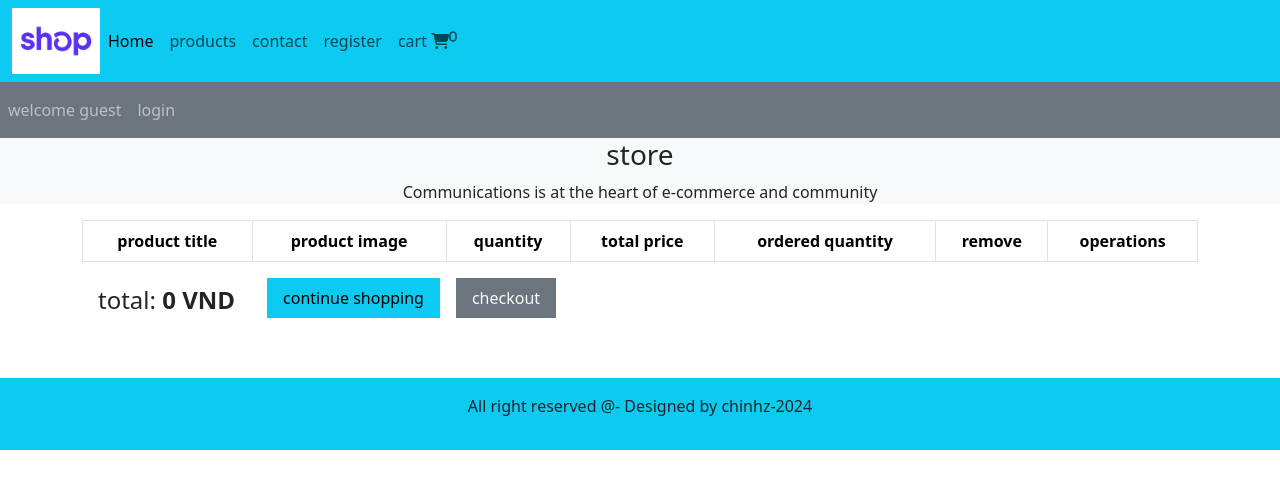
Repository: hahuuchinh2501/ecommerce_web
Page: http://localhost/cart.php
The author's editor kept a copy of each file at every save. The page is drawn from the files as they stood at one save, then again after the next save.
The browser window is 1280 px wide. The pictures show the whole page.
The page is run by PHP 8.4 with error messages shown; the project is at /var/www/html/. Queries for data that is not in the repository find no rows.

Above is the page before, as saved 2025-02-08 17:07:53.

### cart.php
<?php
include('includes/connect.php');
include('functions/common_function.php');
?>



<!DOCTYPE html>
<html lang="en">

<head>
    <meta charset="UTF-8">
    <meta name="viewport" content="width=device-width, initial-scale=1.0">
    <title>website-cart details</title>
    <link href="https://cdn.jsdelivr.net/npm/bootstrap@5.3.3/dist/css/bootstrap.min.css" rel="stylesheet"
        integrity="sha384-QWTKZyjpPEjISv5WaRU9OFeRpok6YctnYmDr5pNlyT2bRjXh0JMhjY6hW+ALEwIH" crossorigin="anonymous">
    <link rel="stylesheet" href="https://cdnjs.cloudflare.com/ajax/libs/font-awesome/6.5.2/css/all.min.css"
        integrity="sha512-SnH5WK+bZxgPHs44uWIX+LLJAJ9/2PkPKZ5QiAj6Ta86w+fsb2TkcmfRyVX3pBnMFcV7oQPJkl9QevSCWr3W6A=="
        crossorigin="anonymous" referrerpolicy="no-referrer" />
    <link rel="stylesheet" href="style.css">

</head>
<style>
    .cart_img {
        width: 50px;
        height: 50px;
        object-fit: contain;
    }
</style>

<body>
    <!-- navbar -->
    <div class="container-fluid p-0">
        <nav class="navbar navbar-expand-lg bg-info">
            <div class="container-fluid">
                <img src="./images/shop.jpg" alt="" class="logo">
                <button class="navbar-toggler" type="button" data-bs-toggle="collapse"
                    data-bs-target="#navbarSupportedContent" aria-controls="navbarSupportedContent"
                    aria-expanded="false" aria-label="Toggle navigation">
                    <span class="navbar-toggler-icon"></span>
                </button>
                <div class="collapse navbar-collapse" id="navbarSupportedContent">
                    <ul class="navbar-nav me-auto mb-2 mb-lg-0">
                        <li class="nav-item">
                            <a class="nav-link active" aria-current="page" href="index.php">Home</a>
                        </li>
                        <li class="nav-item">
                            <a class="nav-link" href="display_all.php">products</a>
                        </li>
                        <li class="nav-item">
                            <a class="nav-link" href="#">contact</a>
                        </li>
                        <li class="nav-item">
                            <a class="nav-link" href="#">register</a>
                        </li>
                        <li class="nav-item">
                            <a class="nav-link" href="cart.php">cart <i
                                    class="fa-solid fa-cart-shopping"><sup><?php cart_item(); ?></sup></i></a>
                        </li>

                    </ul>

                </div>
            </div>
        </nav>

        <!-- call function cart -->
        <?php
        cart();
        ?>

        <nav class="navbar navbar-expand-lg navbar-dark bg-secondary">
            <ul class="navbar-nav me-auto">
                <li class="nav-item">
                    <a class="nav-link" href="#">welcome guest</a>
                </li>
                <li class="nav-item">
                    <a class="nav-link" href="#">login</a>
                </li>
            </ul>
        </nav>
        <div class="bg-light">
            <h3 class="text-center">store</h3>
            <p class="text-center">Communications is at the heart of e-commerce and community</p>
        </div>



        <div class="container">
            <div class="row">
                <form action="" method="post">
                    <table class="table table-bordered text-center">
                        <thead>
                            <tr>
                                <th>product title</th>
                                <th>product image</th>
                                <th>quantity</th>
                                <th>total price</th>
                                <th> ordered quantity</th>
                                <th>remove</th>
                                <th colspan="2">operations</th>
                            </tr>
                        </thead>
                        <tbody>

                            <?php
                            global $con;
                            $get_ip_add = getIPAddress();
                            $total_price = 0;
                            $cart_query = "Select * from `cart_details` where ip_address='$get_ip_add'";
                            $result = mysqli_query($con, $cart_query);
                            while ($row = mysqli_fetch_array($result)) {
                                $product_id = $row['product_id'];
                                $select_products = "Select * from `products` where product_id='$product_id'";
                                $result_products = mysqli_query($con, $select_products);
                                while ($row_product_price = mysqli_fetch_array($result_products)) {
                                    $product_price = array($row_product_price['product_price']);
                                    $price_table = $row_product_price['product_price'];
                                    $product_title = $row_product_price['product_title'];
                                    $product_image1 = $row_product_price['product_image1'];
                                    $product_values = array_sum($product_price);
                                    $total_price += $product_values;

                                    ?>

                                    <tr>
                                        <td><?php echo $product_title ?></td>
                                        <td><img src="./admin_area/product_images/<?php echo $product_image1 ?>" alt=""
                                                class="cart_img"></td>
                                        <td><input type="text" name="qty" id="" class="form-input w-50"></td>
                                        <?php
                                        $get_ip_add = getIPAddress();
                                        if (isset($_POST['update_cart'])) {
                                            $quantities = $_POST['qty'];
                                            $update_cart = "update `cart_details` set quantity=$quantities where ip_address='$get_ip_add'";
                                            $result_products_quantity = mysqli_query($con, $update_cart);
                                            $total_price = $total_price * $quantities;
                                        }
                                        ?>


                                        <?php
                                        $get_order_quantity = "SELECT quantity FROM `cart_details` WHERE product_id='$product_id' AND ip_address='$get_ip_add'";
                                        $order_quantity_result = mysqli_query($con, $get_order_quantity);
                                        $order_quantity_row = mysqli_fetch_assoc($order_quantity_result);
                                        $ordered_quantity = $order_quantity_row ? $order_quantity_row['quantity'] : 0;
                                        ?>

                                        <td><?php echo $price_table ?></td>
                                        <td><?php echo $ordered_quantity ?></td>
                                        <td><input type="checkbox" name="remove_item[]" value="<?php echo $product_id; ?>"></td>
                                        <td>
                                            <!-- <button class="bg-info px-3 py-2 border-0 mx-3">update</button> -->
                                            <input type="submit" value="Update Cart" class="bg-info px-3 py-2 border-0 mx-3"
                                                name="update_cart">

                                            <!-- <button class="bg-secondary p-3 py-2 border-0 text-light">remove</button> -->
                                            <input type="submit" value="Remove Cart" class="bg-info px-3 py-2 border-0 mx-3"
                                                name="remove_cart">
                                        </td>
                                    </tr>
                                <?php }
                            } ?>
                        </tbody>
                    </table>
                    <div class="d-flex mb-5">
                        <h4 class="px-3 py-2">total: <strong><?php echo $total_price ?> VND</strong></h4>
                        <a href="index.php"><button class="bg-info px-3 py-2 border-0 mx-3">continue
                                shopping</button></a>
                        <a href="#"><button class="bg-secondary p-3 py-2 border-0 text-light">checkout</button></a>
                    </div>
            </div>
        </div>
        </form>

        <!-- function to remove -->
        <?php
        function remove_cart_item()
        {
            global $con;
            if (isset($_POST['remove_cart'])) {
                foreach ($_POST['remove_item'] as $remove_id) {
                    echo $remove_id;
                    $delete_query = "Delete from `cart_details` where product_id=$remove_id";
                    $run_delete = mysqli_query($con, $delete_query);
                    if ($run_delete) {
                        echo "<script>window.open('cart.php','_self')</script>";
                    }
                }
            }
        }
        echo $remove_item = remove_cart_item();
        ?>

        <!-- include footer  -->
        <?php
        include("./includes/footer.php")
            ?>
    </div>

    <script src="https://cdn.jsdelivr.net/npm/bootstrap@5.3.3/dist/js/bootstrap.bundle.min.js"
        integrity="sha384-YvpcrYf0tY3lHB60NNkmXc5s9fDVZLESaAA55NDzOxhy9GkcIdslK1eN7N6jIeHz"
        crossorigin="anonymous"></script>
</body>

</html>

### includes/connect.php
<?php

$con=mysqli_connect('127.0.0.1:3316','root','123','myshop');
if(!$con) {
    die(mysqli_error($con));
}


?>

### functions/common_function.php
<?php
include('./includes/connect.php');


function getproducts()
{

    global $con;
    //condition to check isset or not
    if (!isset($_GET['category'])) {
        if (!isset($_GET['brand'])) {
            $select_query = "Select * from `products` order by rand() LIMIT 0,9";
            $result_query = mysqli_query($con, $select_query);
            // $row=mysqli_fetch_assoc($result_query);
            // echo $row['product_title'];
            while ($row = mysqli_fetch_assoc($result_query)) {
                $product_id = $row['product_id'];
                $product_title = $row['product_title'];
                $product_description = $row['product_description'];
                $product_image1 = $row['product_image1'];
                $product_price = $row['product_price'];
                $category_id = $row['category_id'];
                $brand_id = $row['brand_id'];
                echo "<div class='col-md-4 mb-2'>
                        <div class='card'>
                            <img src='./admin_area/product_images/$product_image1' class='card-img-top' alt='...'>
                            <div class='card-body'>
                                <h5 class='card-title'>$product_title</h5>
                                <p class='card-text'>$product_description</p>
                                <p class='card-text'>Giá: $product_price</p>
                                <a href='index.php?add_to_cart=$product_id' class='btn btn-info'>Add to cart</a>
                                <a href='product_details.php?product_id=$product_id' class='btn btn-secondary'>View more</a>
                            </div>
                        </div>
                    </div>";
            }
        }

    }
}

// getting all product
function get_all_products()
{
    global $con;
    //condition to check isset or not
    if (!isset($_GET['category'])) {
        if (!isset($_GET['brand'])) {
            $select_query = "Select * from `products` order by rand()";
            $result_query = mysqli_query($con, $select_query);
            // $row=mysqli_fetch_assoc($result_query);
            // echo $row['product_title'];
            while ($row = mysqli_fetch_assoc($result_query)) {
                $product_id = $row['product_id'];
                $product_title = $row['product_title'];
                $product_description = $row['product_description'];
                $product_image1 = $row['product_image1'];
                $product_price = $row['product_price'];
                $category_id = $row['category_id'];
                $brand_id = $row['brand_id'];
                echo "<div class='col-md-4 mb-2'>
                        <div class='card'>
                            <img src='./admin_area/product_images/$product_image1' class='card-img-top' alt='...'>
                            <div class='card-body'>
                                <h5 class='card-title'>$product_title</h5>
                                <p class='card-text'>$product_description</p>
                                <p class='card-text'>Giá: $product_price</p>
                                <a href='index.php?add_to_cart=$product_id' class='btn btn-info'>Add to cart</a>
                                <a href='product_details.php?product_id=$product_id' class='btn btn-secondary'>View more</a>
                            </div>
                        </div>
                    </div>";
            }
        }

    }
}


//getting unique categories
function get_unique_categories()
{

    global $con;
    //condition to check isset or not
    if (isset($_GET['category'])) {
        $category_id = $_GET['category'];
        $select_query = "Select * from `products` where category_id=$category_id";
        $result_query = mysqli_query($con, $select_query);
        $num_of_rows = mysqli_num_rows($result_query);
        if ($num_of_rows == 0) {
            echo "<h2 class='text-center text-danger'> No stock for this category</h2>";
        }
        // $row=mysqli_fetch_assoc($result_query);
        // echo $row['product_title'];
        while ($row = mysqli_fetch_assoc($result_query)) {
            $product_id = $row['product_id'];
            $product_title = $row['product_title'];
            $product_description = $row['product_description'];
            $product_image1 = $row['product_image1'];
            $product_price = $row['product_price'];
            $category_id = $row['category_id'];
            $brand_id = $row['brand_id'];
            echo "<div class='col-md-4 mb-2'>
                        <div class='card'>
                            <img src='./admin_area/product_images/$product_image1' class='card-img-top' alt='...'>
                            <div class='card-body'>
                                <h5 class='card-title'>$product_title</h5>
                                <p class='card-text'>$product_description</p>
                                <p class='card-text'>Giá: $product_price</p>
                                <a href='index.php?add_to_cart=$product_id' class='btn btn-info'>Add to cart</a>
                                 <a href='product_details.php?product_id=$product_id' class='btn btn-secondary'>View more</a>
                            </div>
                        </div>
                    </div>";
        }
    }

}


//getting unique brands
function get_unique_brands()
{

    global $con;
    //condition to check isset or not
    if (isset($_GET['brand'])) {
        $brand_id = $_GET['brand'];
        $select_query = "Select * from `products` where brand_id=$brand_id";
        $result_query = mysqli_query($con, $select_query);
        $num_of_rows = mysqli_num_rows($result_query);
        if ($num_of_rows == 0) {
            echo "<h2 class='text-center text-danger'> this brand available for service</h2>";
        }
        // $row=mysqli_fetch_assoc($result_query);
        // echo $row['product_title'];
        while ($row = mysqli_fetch_assoc($result_query)) {
            $product_id = $row['product_id'];
            $product_title = $row['product_title'];
            $product_description = $row['product_description'];
            $product_image1 = $row['product_image1'];
            $product_price = $row['product_price'];
            $category_id = $row['category_id'];
            $brand_id = $row['brand_id'];
            echo "<div class='col-md-4 mb-2'>
                        <div class='card'>
                            <img src='./admin_area/product_images/$product_image1' class='card-img-top' alt='...'>
                            <div class='card-body'>
                                <h5 class='card-title'>$product_title</h5>
                                <p class='card-text'>$product_description</p>
                                <p class='card-text'>Giá: $product_price</p>
                                <a href='index.php?add_to_cart=$product_id' class='btn btn-info'>Add to cart</a>
                                <a href='product_details.php?product_id=$product_id' class='btn btn-secondary'>View more</a>
                            </div>
                        </div>
                    </div>";
        }
    }

}



function getbrands()
{
    global $con;
    $select_brands = "select * from `brands`";
    $result_brands = mysqli_query($con, $select_brands);
    // $row_data=mysqli_fetch_assoc($result_brands);
    // echo $row_data['brand_title'];
    // echo $row_data['brand_title'];
    while ($row_data = mysqli_fetch_assoc($result_brands)) {
        $brand_title = $row_data['brand_title'];
        $brand_id = $row_data['brand_id'];
        echo "<li class='nav-item'>
                        <a href='index.php?brand=$brand_id' class='nav-link text-light'> $brand_title</a>
                    </li>";
    }
}

function getcategories()
{
    global $con;
    $select_categories = "select * from `categories`";
    $result_categories = mysqli_query($con, $select_categories);
    // $row_data=mysqli_fetch_assoc($result_brands);
    // echo $row_data['brand_title'];
    // echo $row_data['brand_title'];
    while ($row_data = mysqli_fetch_assoc($result_categories)) {
        $category_title = $row_data['category_title'];
        $category_id = $row_data['category_id'];
        echo "<li class='nav-item'>
                        <a href='index.php?category=$category_id' class='nav-link text-light'> $category_title</a>
                    </li>";
    }
}

//function search product

function search_product()
{
    global $con;
    if (isset($_GET['search_data_product'])) {
        $search_data_value = $_GET['search_data'];
        $search_query = "Select * from `products` where product_keywords like '%$search_data_value%'";
        $result_query = mysqli_query($con, $search_query);
        $num_of_rows = mysqli_num_rows($result_query);
        if ($num_of_rows == 0) {
            echo "<h2 class='text-center text-danger'> No have product this category</h2>";
        }
        while ($row = mysqli_fetch_assoc($result_query)) {
            $product_id = $row['product_id'];
            $product_title = $row['product_title'];
            $product_description = $row['product_description'];
            $product_image1 = $row['product_image1'];
            $product_price = $row['product_price'];
            $category_id = $row['category_id'];
            $brand_id = $row['brand_id'];
            echo "<div class='col-md-4 mb-2'>
                        <div class='card'>
                            <img src='./admin_area/product_images/$product_image1' class='card-img-top' alt='...'>
                            <div class='card-body'>
                                <h5 class='card-title'>$product_title</h5>
                                <p class='card-text'>$product_description</p>
                                <p class='card-text'>Giá: $product_price</p>
                                <a href='index.php?add_to_cart=$product_id' class='btn btn-info'>Add to cart</a>
                                 <a href='product_details.php?product_id=$product_id' class='btn btn-secondary'>View more</a>
                            </div>
                        </div>
                    </div>";
        }
    }
}


// view details product
function view_details()
{
    global $con;
    //condition to check isset or not
    if (isset($_GET['product_id'])) {
        if (!isset($_GET['category'])) {
            if (!isset($_GET['brand'])) {
                $product_id = $_GET['product_id'];
                $select_query = "Select * from `products` where product_id=$product_id";
                $result_query = mysqli_query($con, $select_query);
                while ($row = mysqli_fetch_assoc($result_query)) {
                    $product_id = $row['product_id'];
                    $product_title = $row['product_title'];
                    $product_description = $row['product_description'];
                    $product_image1 = $row['product_image1'];
                    $product_image2 = $row['product_image2'];
                    $product_image3 = $row['product_image3'];
                    $product_price = $row['product_price'];
                    $category_id = $row['category_id'];
                    $brand_id = $row['brand_id'];
                    echo "<div class='col-md-4 mb-2'>
                        <div class='card'>
                            <img src='./admin_area/product_images/$product_image1' class='card-img-top' alt='$product_title'>
                            <div class='card-body'>
                                <h5 class='card-title'>$product_title</h5>
                                <p class='card-text'>$product_description</p>
                                <p class='card-text'>Giá: $product_price</p>
                                <a href='index.php?add_to_cart=$product_id' class='btn btn-info'>Add to cart</a>
                                <a href='index.php' class='btn btn-secondary'>go home</a>
                            </div>
                        </div>
                    </div>

                     <div class='col-md-8'>
                     <div class='row'>
                        <div class='col-md-12'>
                            <h4 class='text-center text-info mb-5 '>relate products</h4>
                        </div>
                        <div class='col-md-6'>
                            <img src='./admin_area/product_images/$product_image2' class='card-img-top'
                                alt='$product_title'>
                        </div>
                        <div class='col-md-6'>
                            <img src='./admin_area/product_images/$product_image3' class='card-img-top'
                                alt='$product_title'>
                        </div>
                    </div>

                    </div>
                    ";
                }
            }

        }
    }
}

//get ip address
function getIPAddress()
{
    //whether ip is from the share internet
    if (!empty($_SERVER['HTTP_CLIENT_IP'])) {
        $ip = $_SERVER['HTTP_CLIENT_IP'];
    }
    //whether ip is from the proxy
    elseif (!empty($_SERVER['HTTP_X_FORWARDED_FOR'])) {
        $ip = $_SERVER['HTTP_X_FORWARDED_FOR'];
    }
    //whether ip is from the remote address
    else {
        $ip = $_SERVER['REMOTE_ADDR'];
    }
    return $ip;
}
// $ip = getIPAddress();
// echo 'User Real IP Address - ' . $ip;


function cart()
{
    if (isset($_GET['add_to_cart'])) {
        global $con;
        $get_ip_add = getIPAddress();
        $get_product_id = $_GET['add_to_cart'];
        $select_query = "Select * from `cart_details` where ip_address='$get_ip_add' and product_id=$get_product_id";
        $result_query = mysqli_query($con, $select_query);
        $num_of_rows = mysqli_num_rows($result_query);
        if ($num_of_rows > 0) {
            echo "<script>alert('this item is already present inside cart')</script>";
            echo "<script>window.open('index.php','_self')</script>";
        } else {
            $insert_query = "insert into `cart_details` (product_id,ip_address,quantity) values ($get_product_id,'$get_ip_add',0)";
            $result_query = mysqli_query($con, $insert_query);
            echo "<script>alert('item is added to cart')</script>";
            echo "<script>window.open('index.php','_self')</script>";

        }
    }
}

// cart item
function cart_item()
{
    if (isset($_GET['add_to_cart'])) {
        global $con;
        $get_ip_add = getIPAddress();

        $select_query = "Select * from `cart_details` where ip_address='$get_ip_add'";
        $result_query = mysqli_query($con, $select_query);
        $count_cart_items = mysqli_num_rows($result_query);
    } else {
        global $con;
        $get_ip_add = getIPAddress();

        $select_query = "Select * from `cart_details` where ip_address='$get_ip_add'";
        $result_query = mysqli_query($con, $select_query);
        $count_cart_items = mysqli_num_rows($result_query);
    }
    echo $count_cart_items;
}

//total price function

function total_cart_price()
{
    global $con;
    $get_ip_add = getIPAddress();
    $total_price = 0;

    $cart_query = "Select * from `cart_details` where ip_address='$get_ip_add'";
    $result = mysqli_query($con, $cart_query);
    while ($row = mysqli_fetch_array($result)) {
        $product_id = $row['product_id'];
        $select_products = "Select * from `products` where product_id='$product_id'";
        $result_products = mysqli_query($con, $select_products);
        while ($row_product_price = mysqli_fetch_array($result_products)) {
            $product_price = array($row_product_price['product_price']);
            $product_values = array_sum($product_price);
            $total_price += $product_values;
        }
    }
    echo $total_price;
}

?>

### includes/footer.php
<div class="bg-info p-3 text-center">
    <p>All right reserved @- Designed by chinhz-2024</p>
</div>

### style.css
* {
    margin: 0;
    padding: 0;
    box-sizing: border-box;
}


.logo {
    width: 7%;
    height: 7%;
}

     .card-img-top {
            height: 360px; /* Đặt chiều cao cố định */
            object-fit: cover; /* Đảm bảo hình ảnh vừa khung và không bị biến dạng */
        }

.cart_img {
    width:50px;
    height:50px;
}

After the next save:
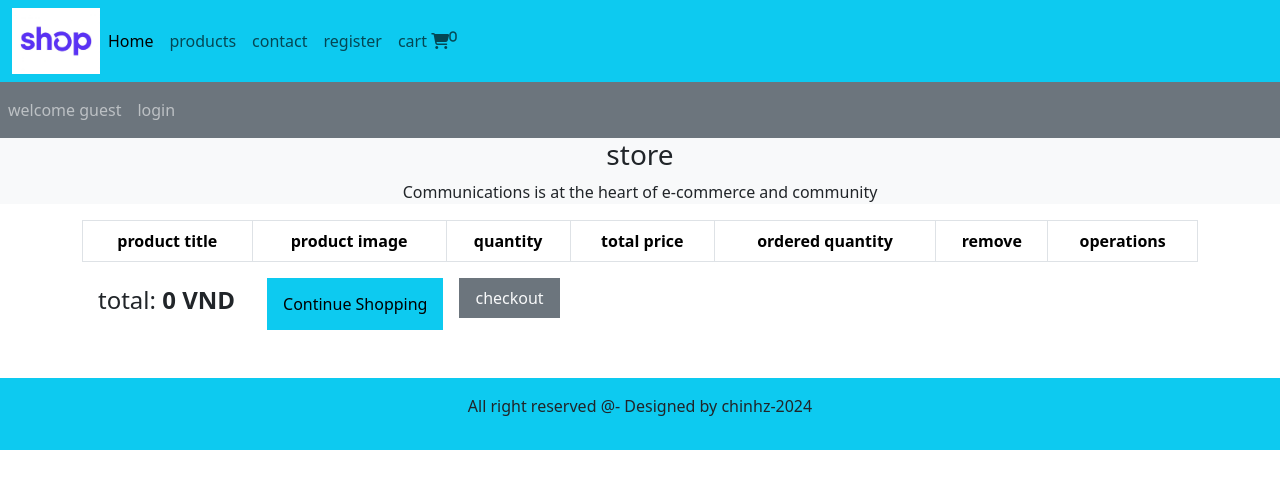
Saved 7 min 18 s later.
--- a/cart.php
+++ b/cart.php
@@ -165,8 +165,10 @@ include('functions/common_function.php');
                     </table>
                     <div class="d-flex mb-5">
                         <h4 class="px-3 py-2">total: <strong><?php echo $total_price ?> VND</strong></h4>
-                        <a href="index.php"><button class="bg-info px-3 py-2 border-0 mx-3">continue
-                                shopping</button></a>
+                        <button class="bg-info px-3 py-2 border-0 mx-3" onclick="window.location.href='index.php'">
+                            Continue Shopping
+                        </button>
+
                         <a href="#"><button class="bg-secondary p-3 py-2 border-0 text-light">checkout</button></a>
                     </div>
             </div>
